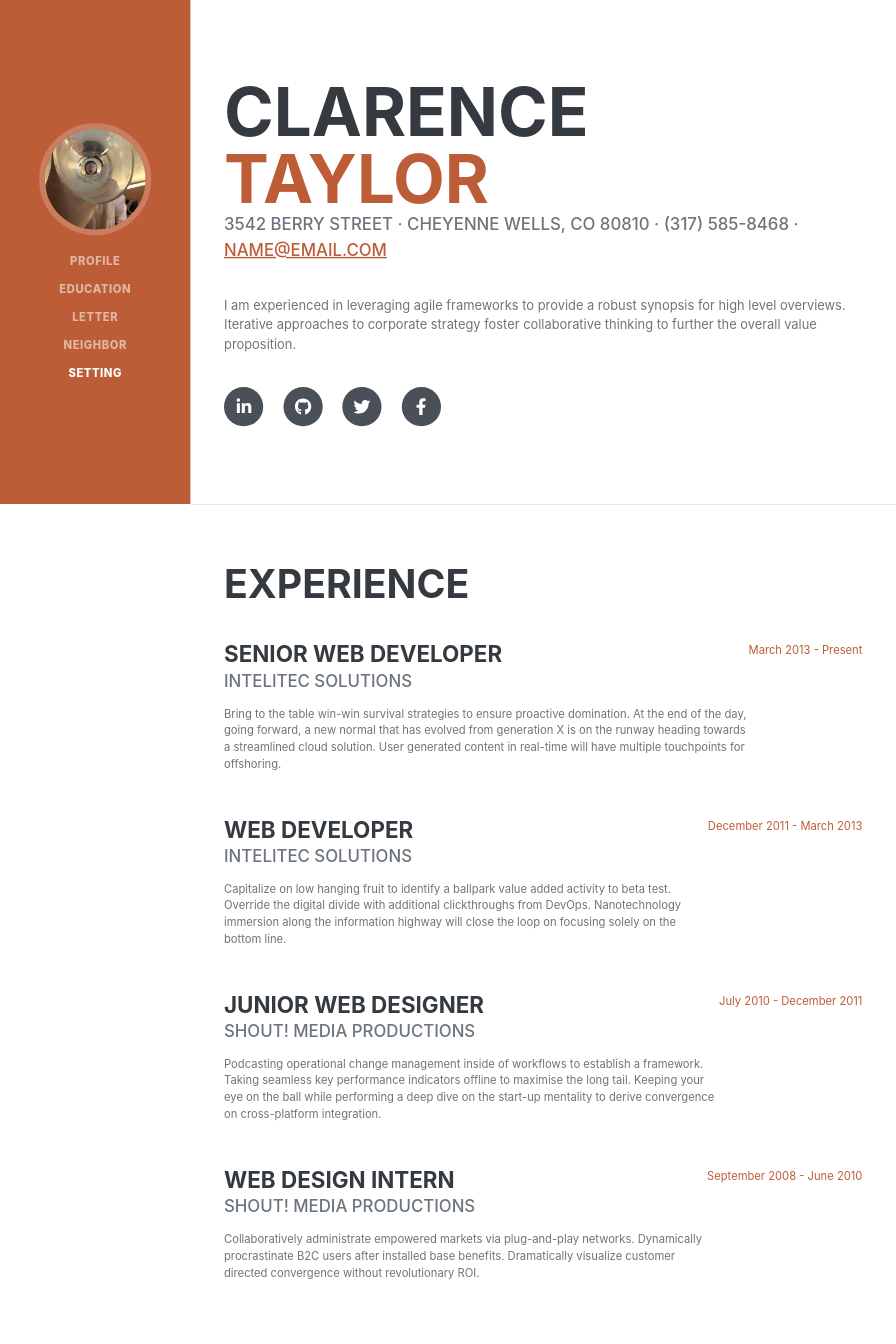
Repository: hxnky/klog
Page: http://localhost/Klog/WEB-INF/views/member/main.jsp
The author's editor kept a copy of each file at every save. The page is drawn from the files as they stood at one save, then again after the next save.
The browser window is 1280 px wide. The pictures show the part of the page from y = 0 to 1920 px (the page is 4810 px tall), at 70% of full size.
Some web fonts or font styles are not loaded; a fallback is used. The page is served by Tomcat 9. Nobody is signed in. The template is opened directly, without the code that normally fills it, so the values that code supplies are empty.

Above is the page before, as saved 2022-03-09 13:39:40.

After the next save:
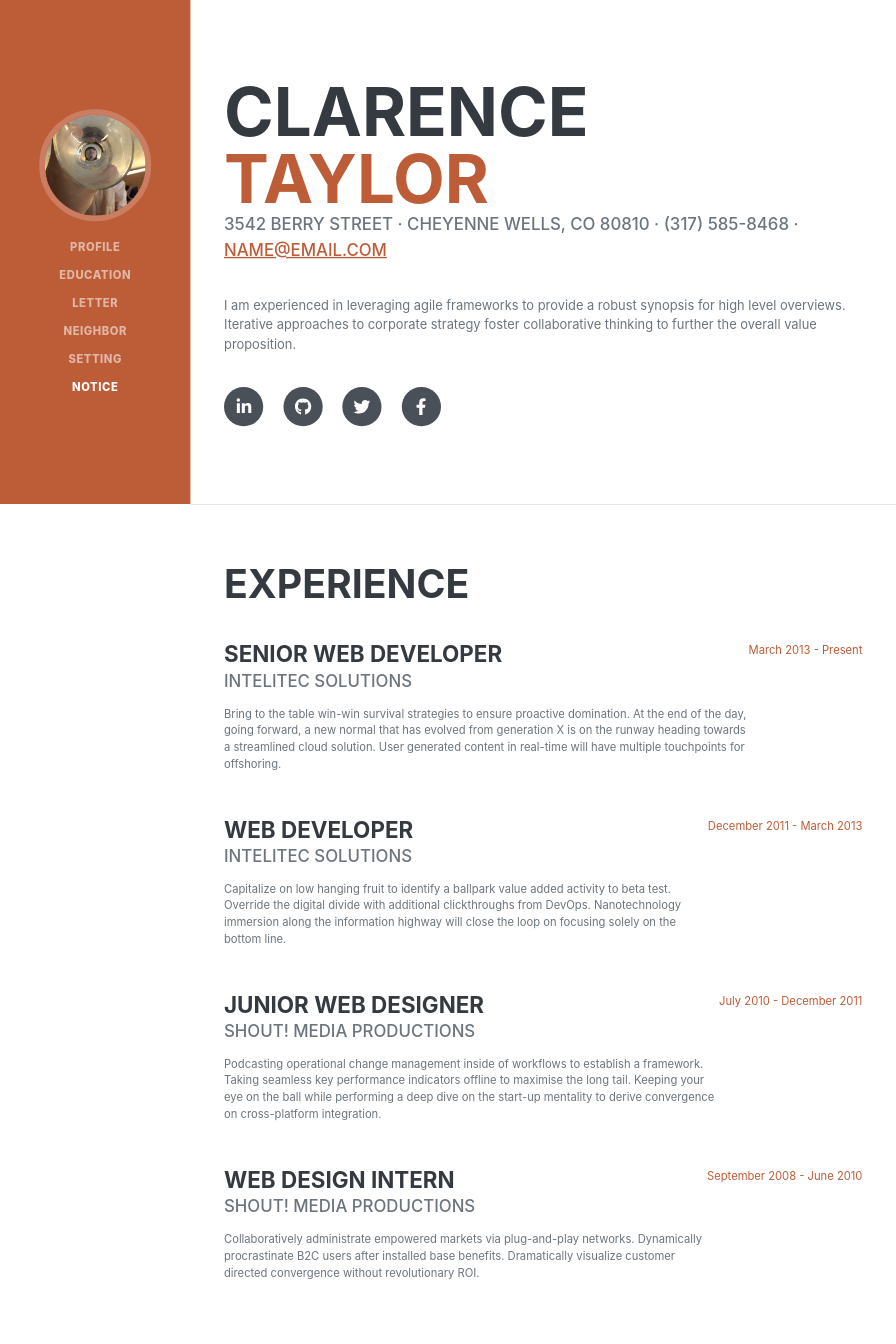
Saved 24 min 34 s later.
--- a/blog/Klog/src/main/webapp/WEB-INF/views/member/main.jsp
+++ b/blog/Klog/src/main/webapp/WEB-INF/views/member/main.jsp
@@ -32,6 +32,7 @@
                     <li class="nav-item"><a class="nav-link js-scroll-trigger" href="#education">letter</a></li>
                     <li class="nav-item"><a class="nav-link js-scroll-trigger" href="#skills">neighbor</a></li>
                     <li class="nav-item"><a class="nav-link js-scroll-trigger" href="#interests">Setting</a></li>
+                    <li class="nav-item"><a class="nav-link js-scroll-trigger" href="#awards">Notice</a></li>
                 </ul>
             </div>
         </nav>
